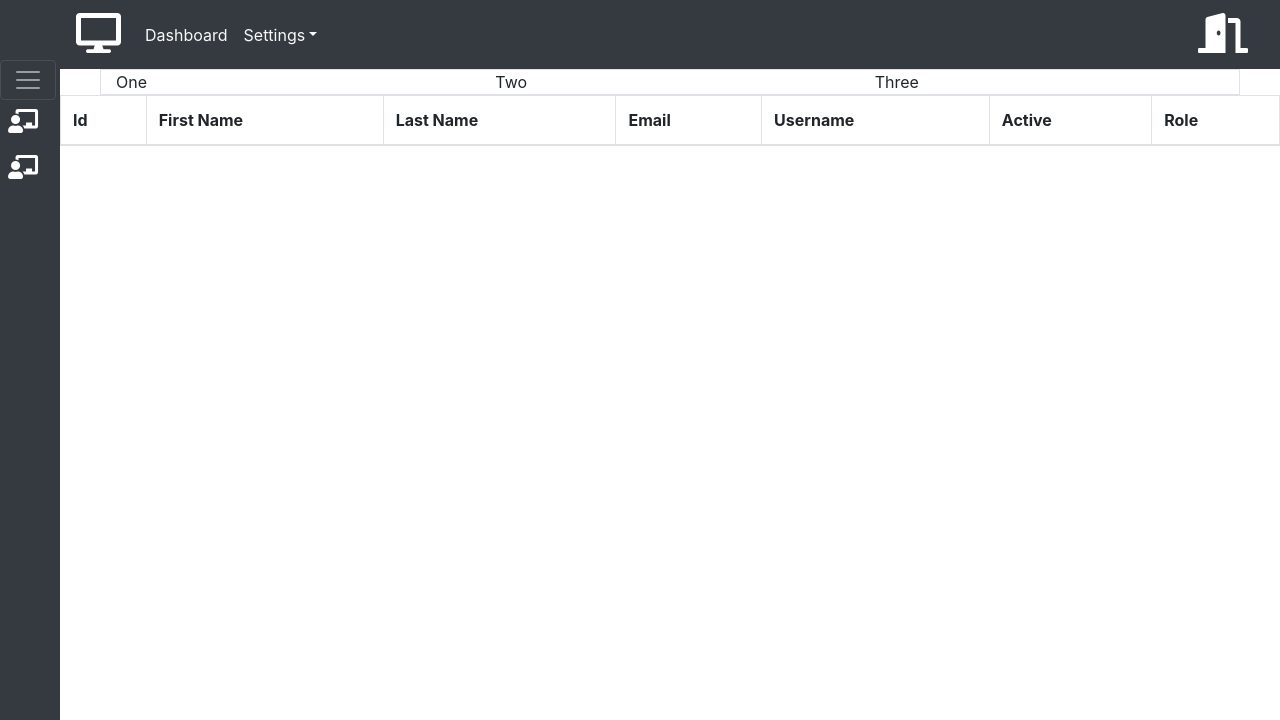
Repository: Pjosif/iDesk
Page: http://localhost/web/protected/userAdm.jsp
An editor plug-in stored every save of this project. The page is shown before and after the next save, followed by the edit.
The browser window is 1280 px wide. The pictures show the whole page.
Some web libraries are served in a nearby version. The page is served by Tomcat 9. Nobody is signed in. The application's start-up code is not run. The template is opened directly, without the code that normally fills it, so the values that code supplies are empty.

Above is the page before, as saved 2018-08-01 11:26:48.

After the next save:
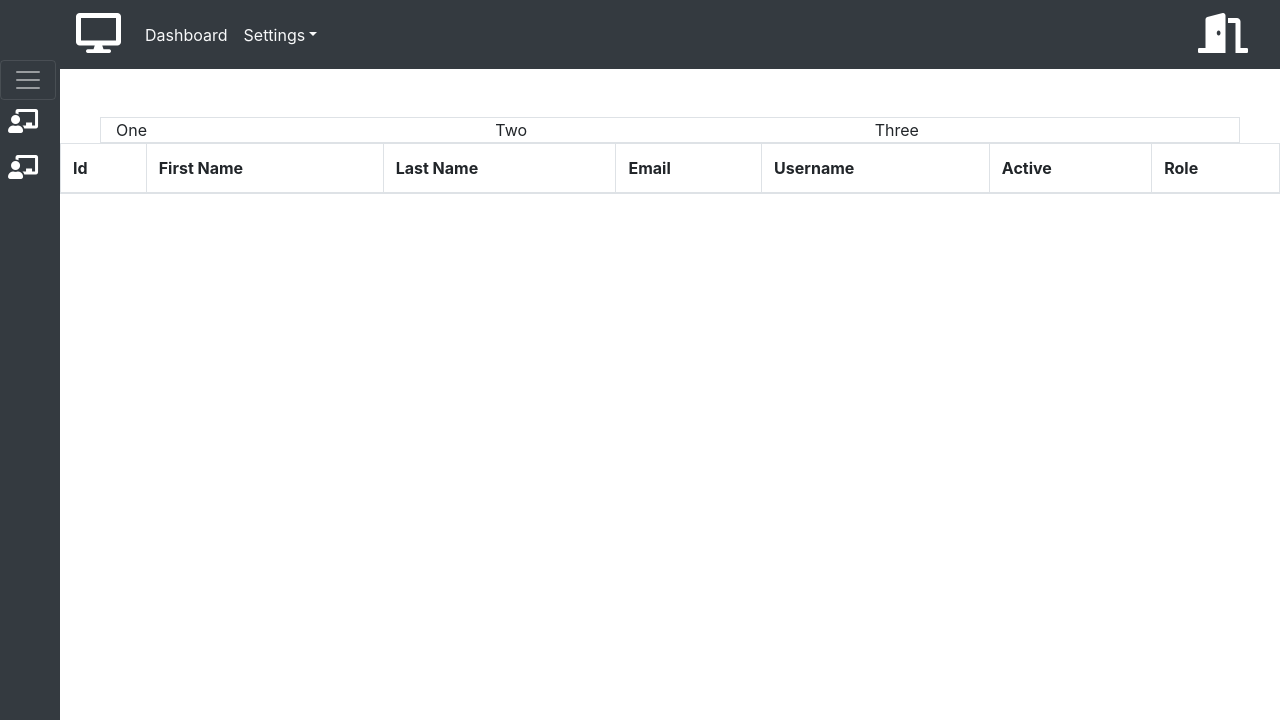
Saved 21 min 16 s later.
--- a/main/web/src/main/webapp/protected/userAdm.jsp
+++ b/main/web/src/main/webapp/protected/userAdm.jsp
@@ -15,7 +15,7 @@
 	<jsp:include page="../master/sidenav.jsp" />
 	<div id="main" class="main">
 		<jsp:include page="../master/header.jsp" />
-		<div class="container border">
+		<div class="container border mt-5">
 			<div class="row">
 				<div class="col-sm">One</div>
 				<div class="col-sm">Two</div>
